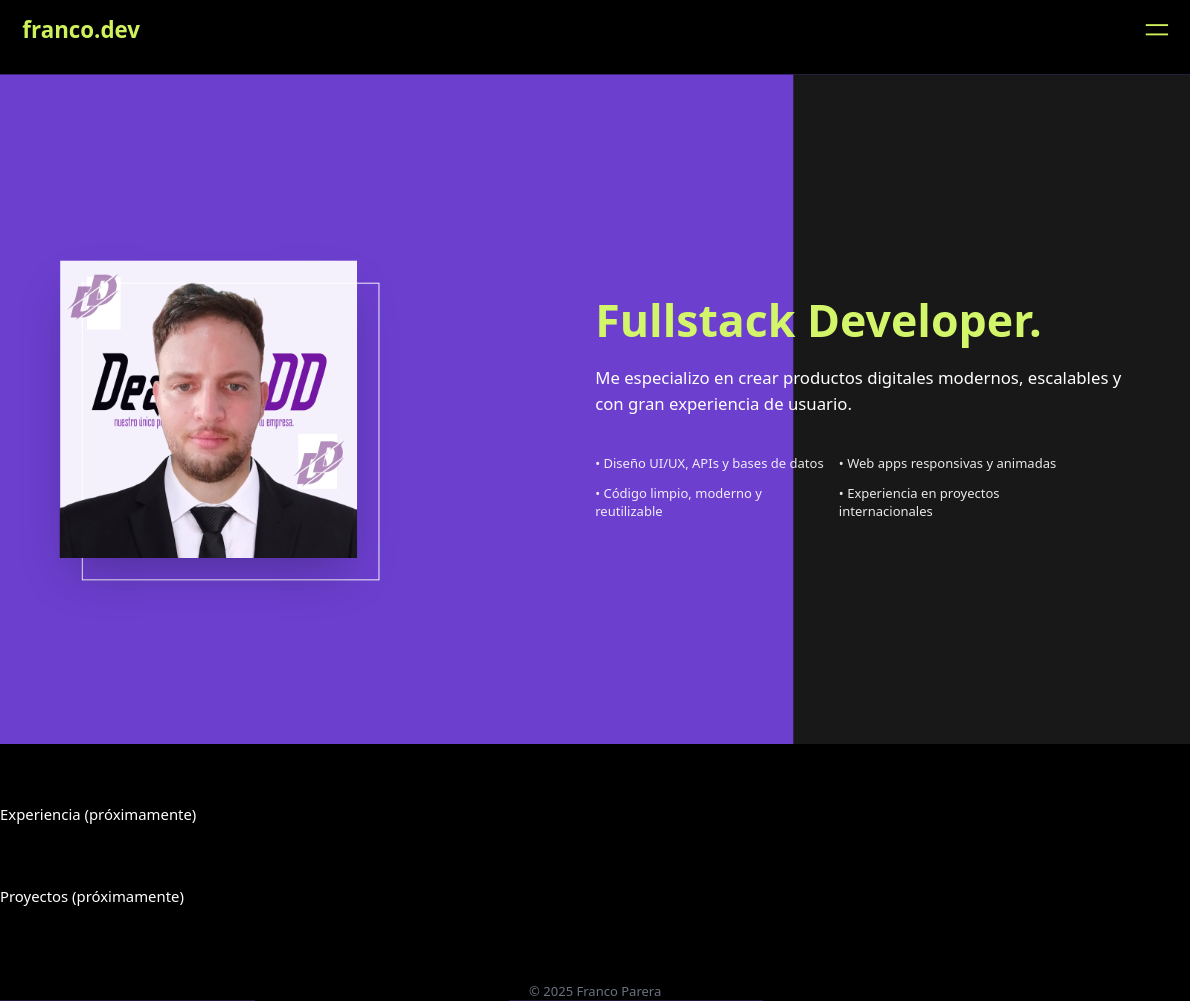
Repository: francoluca35/portfolio-franco-dev
Page: /
The author's editor kept a copy of each file at every save. The page is drawn from the files as they stood at one save, then again after the next save.
The browser window is 1280 px wide. The pictures show the whole page, at 93% of full size.
The project was rebuilt for these pictures with package versions that can differ from the ones it lists, and the page was loaded fresh each time. The framework's server and built-in components were replaced by stand-ins that run in the browser. Also part of the build but not shown: next.config.js.

Above is the page before, as saved 2025-05-06 01:26:01.

### app/layout.jsx
import Nav from "../components/Nav";
import "../styles/globals.css";

export const metadata = {
  title: "Franco Parera | Desarrollador Web Fullstack",
  description:
    "Portfolio de Franco Parera, desarrollador web especializado en React, Next.js y soluciones escalables.",
  keywords:
    "desarrollador web, portfolio, frontend, backend, next.js, react, diseño web, SEO, Buenos Aires",
  authors: [{ name: "Franco Parera" }],
  creator: "Franco Parera",
  openGraph: {
    title: "Franco Parera | Desarrollador Web",
    description:
      "Conocé mis proyectos como desarrollador web fullstack. Diseño moderno, rendimiento y SEO.",
    url: "https://tusitio.com",
    siteName: "Franco Parera | Portfolio",
    images: [
      {
        url: "https://tusitio.com/og-image.jpg",
        width: 1200,
        height: 630,
        alt: "Imagen portfolio Franco",
      },
    ],
    locale: "es_AR",
    type: "website",
  },
  twitter: {
    card: "summary_large_image",
    title: "Franco Parera | Desarrollador Web",
    description:
      "Portfolio profesional de Franco Parera con proyectos reales, experiencia y habilidades técnicas.",
    images: ["https://tusitio.com/og-image.jpg"],
  },
};

export default function RootLayout({ children }) {
  return (
    <html lang="es">
      <head>
        <meta name="viewport" content="width=device-width, initial-scale=1" />
        <link rel="icon" href="/favicon.ico" />
      </head>
      <body className="bg-black text-white antialiased">
        <Nav />
        <div className="pt-20">{children}</div>{" "}
      </body>
    </html>
  );
}

### app/page.jsx
"use client";

import Hero from "../components/Hero";
import Experience from "../components/Experience";
import Projects from "../components/Projects";
import Footer from "../components/Footer";

export default function Home() {
  return (
    <>
      <main>
        <section id="inicio">
          <Hero />
        </section>

        <section id="experiencia">
          <Experience />
        </section>

        <section id="proyectos">
          <Projects />
        </section>

        <section id="contacto">
          <Footer />
        </section>
      </main>
    </>
  );
}

### components/Nav.jsx
"use client";

import { useState } from "react";
import Link from "next/link";
import { motion, AnimatePresence } from "framer-motion";

export default function Nav() {
  const [isOpen, setIsOpen] = useState(false);

  return (
    <>
      {/* Top navbar */}
      <nav className="fixed w-full px-6 py-4 flex justify-between items-center z-50 bg-black/80 backdrop-blur-sm text-white shadow-md">
        <h1 className="text-2xl font-bold text-[#CFF25C]">franco.dev</h1>

        <button onClick={() => setIsOpen(true)} className="space-y-2">
          <span className="block w-6 h-0.5 bg-[#CFF25C]"></span>
          <span className="block w-6 h-0.5 bg-[#CFF25C]"></span>
        </button>
      </nav>

      {/* Fullscreen menu */}
      <AnimatePresence>
        {isOpen && (
          <motion.div
            initial={{ opacity: 0 }}
            animate={{ opacity: 1 }}
            exit={{ opacity: 0 }}
            className="fixed inset-0 bg-[#E60000] text-white flex flex-col items-center justify-center text-5xl font-extrabold z-50"
          >
            <button
              onClick={() => setIsOpen(false)}
              className="absolute top-6 right-8 text-lg font-bold"
            >
              close
            </button>

            <ul className="space-y-8 text-center">
              <li>
                <Link href="#inicio" onClick={() => setIsOpen(false)}>
                  HOME
                </Link>
              </li>
              <li>
                <Link href="#experiencia" onClick={() => setIsOpen(false)}>
                  EXPERIENCIA
                </Link>
              </li>
              <li>
                <Link href="#proyectos" onClick={() => setIsOpen(false)}>
                  PROYECTOS
                </Link>
              </li>
              <li>
                <Link href="#contacto" onClick={() => setIsOpen(false)}>
                  CONTACTO
                </Link>
              </li>
            </ul>

            <div className="text-sm font-light mt-16 flex gap-8">
              <a
                href="https://linkedin.com/in/francoparera"
                target="_blank"
                rel="noopener noreferrer"
              >
                LinkedIn
              </a>
              <a
                href="https://twitter.com"
                target="_blank"
                rel="noopener noreferrer"
              >
                Twitter
              </a>
            </div>
          </motion.div>
        )}
      </AnimatePresence>
    </>
  );
}

### components/Hero.jsx
"use client";
import { motion } from "framer-motion";
import Image from "next/image";

export default function Hero() {
  return (
    <section className="relative w-full min-h-screen bg-[#6C3FCF] text-white flex items-center justify-center sm:px-12 py-20">
      {/* Fondo negro a la derecha solo en desktop */}
      <div className="hidden md:block absolute top-0 right-0 w-1/3 h-full bg-[#181818] z-0" />

      {/* Contenido */}
      <div className="relative z-10 max-w-6xl w-full flex flex-col items-center md:flex-row md:items-center md:justify-between gap-10 md:gap-0">
        {/* Imagen arriba en mobile, a la derecha en desktop */}
        <motion.div
          initial={{ opacity: 0, scale: 0.95 }}
          animate={{ opacity: 1, scale: 1 }}
          transition={{ duration: 0.6 }}
          className="relative flex justify-center"
        >
          {/* Cuadro blanco detrás */}
          <div className="absolute top-6 left-6 w-60 h-60 md:w-80 md:h-80 border border-white z-0" />

          {/* Imagen principal */}
          <div className="relative w-60 h-60 md:w-80 md:h-80 shadow-2xl overflow-hidden z-10">
            <Image
              src="/assets/yo-franco.png"
              alt="Foto de Franco"
              fill
              className="object-cover"
              priority
            />
          </div>
        </motion.div>

        {/* Texto debajo en mobile, izquierda en desktop */}
        <div className="text-center md:text-left md:w-1/2 space-y-6">
          <motion.h1
            initial={{ opacity: 0, y: 20 }}
            animate={{ opacity: 1, y: 0 }}
            transition={{ duration: 0.6 }}
            className="text-4xl sm:text-5xl font-extrabold text-[#D3F56A]"
          >
            Fullstack Developer.
          </motion.h1>

          <motion.p
            initial={{ opacity: 0, y: 20 }}
            animate={{ opacity: 1, y: 0 }}
            transition={{ delay: 0.2, duration: 0.6 }}
            className="text-base sm:text-lg text-white max-w-xl mx-auto md:mx-0"
          >
            Me especializo en crear productos digitales modernos, escalables y
            con gran experiencia de usuario.
          </motion.p>

          <div className="grid grid-cols-1 sm:grid-cols-2 gap-3 text-sm text-white/90 max-w-lg mx-auto md:mx-0 pt-4">
            <p>• Diseño UI/UX, APIs y bases de datos</p>
            <p>• Web apps responsivas y animadas</p>
            <p>• Código limpio, moderno y reutilizable</p>
            <p>• Experiencia en proyectos internacionales</p>
          </div>
        </div>
      </div>
    </section>
  );
}

### components/Experience.jsx
export default function Experience() { return <section className="my-16">Experiencia (próximamente)</section>; }

### components/Projects.jsx
export default function Projects() { return <section className="my-16">Proyectos (próximamente)</section>; }

### components/Footer.jsx
export default function Footer() { return <footer className="mt-20 text-center text-sm text-gray-500">© 2025 Franco Parera</footer>; }

### tailwind.config.js
/** @type {import('tailwindcss').Config} */
module.exports = {
  content: [
    "./app/**/*.{js,ts,jsx,tsx}",
    "./components/**/*.{js,ts,jsx,tsx}",
  ],
  darkMode: 'class',
  theme: {
    extend: {},
  },
  plugins: [],
}

Loaded but not shown: styles/globals.css (common file)

After the next save:
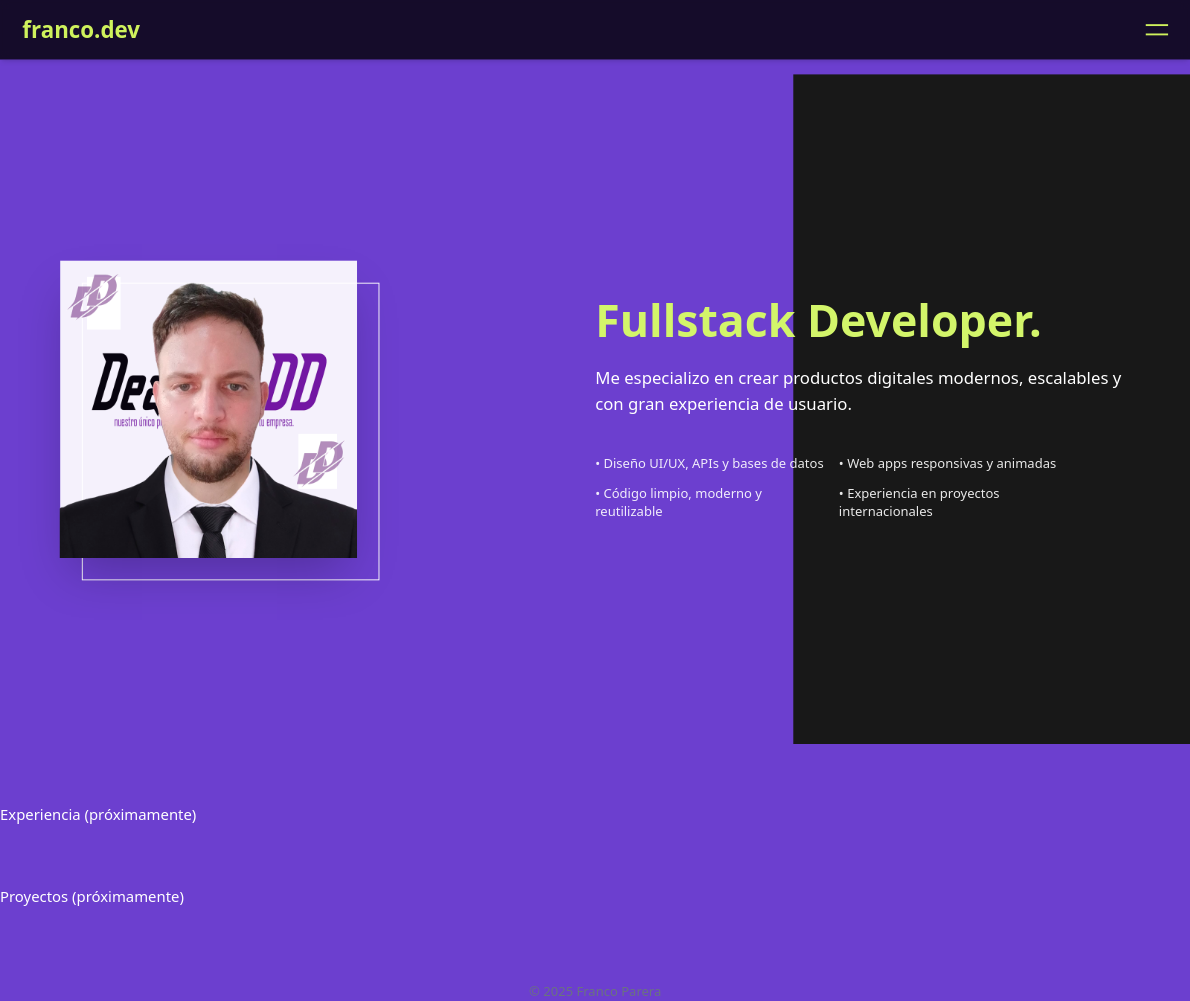
Saved 23 s later.
--- a/app/layout.jsx
+++ b/app/layout.jsx
@@ -42,7 +42,7 @@ export default function RootLayout({ children }) {
         <meta name="viewport" content="width=device-width, initial-scale=1" />
         <link rel="icon" href="/favicon.ico" />
       </head>
-      <body className="bg-black text-white antialiased">
+      <body className="bg-[#6C3FCF] text-white antialiased">
         <Nav />
         <div className="pt-20">{children}</div>{" "}
       </body>
